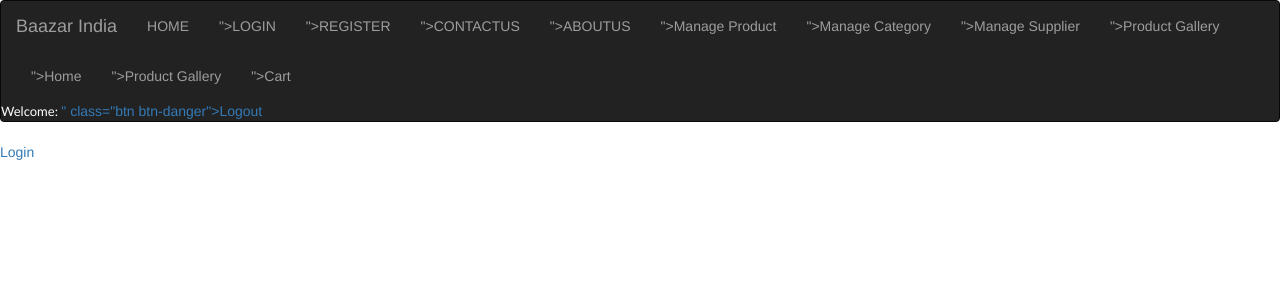
Repository: Apoorva126/Project
Page: http://localhost/FrontEndBaazarIndia/
An editor plug-in stored every save of this project. The page is shown before and after the next save, followed by the edit.
The browser window is 1280 px wide. The pictures show the whole page.
The page is served by Tomcat 9.

Above is the page before, as saved 2019-02-06 11:51:21.

After the next save:
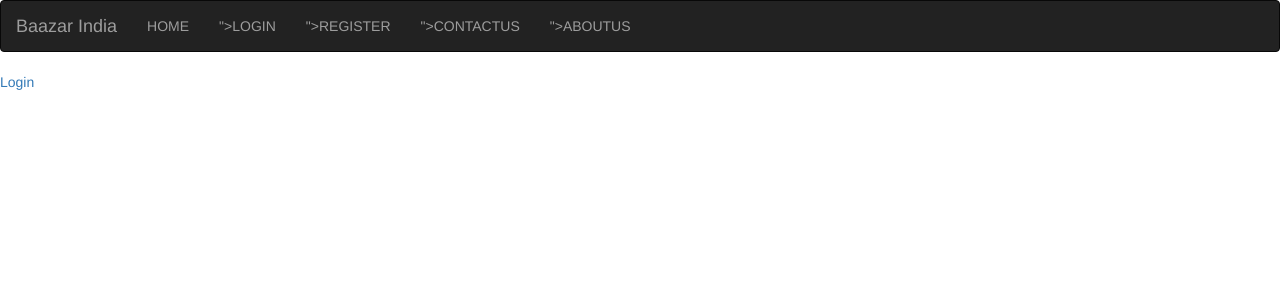
Saved 70 s later.
--- a/FrontEndBaazarIndia/src/main/webapp/WEB-INF/views/Header.jsp
+++ b/FrontEndBaazarIndia/src/main/webapp/WEB-INF/views/Header.jsp
@@ -28,29 +28,9 @@
      </ul>
 
 
-              <ul class="nav navbar-nav">
-                  <li><a href="<c:url value="/product"/>">Manage Product</a></li>
-                  <li><a href="<c:url value="/category"/>">Manage Category</a></li>
-                  <li><a href="<c:url value="/supplier"/>">Manage Supplier</a></li>
-                   <li><a href="<c:url value="/productDisplay"/>">Product Gallery</a></li>
-
-              </ul>
-
-              <ul class="nav navbar-nav">
-                  <li><a href="<c:url value="/userhome"/>">Home</a></li>
-                  <li><a href="<c:url value="/productDisplay"/>">Product Gallery</a></li>
-                   <li><a href="<c:url value="/cart"/>">Cart</a></li>
-              </ul>
-
 
  </div>
-
- <div>
-<font color="white" face="calibri" size="2">Welcome: ${sessionScope.username}</font>
-<a href="<c:url value="/perform_logout"/>" class="btn btn-danger">Logout</a>
-</div>
-
-</nav>
+ </nav>
 
 </body>
 </html>
